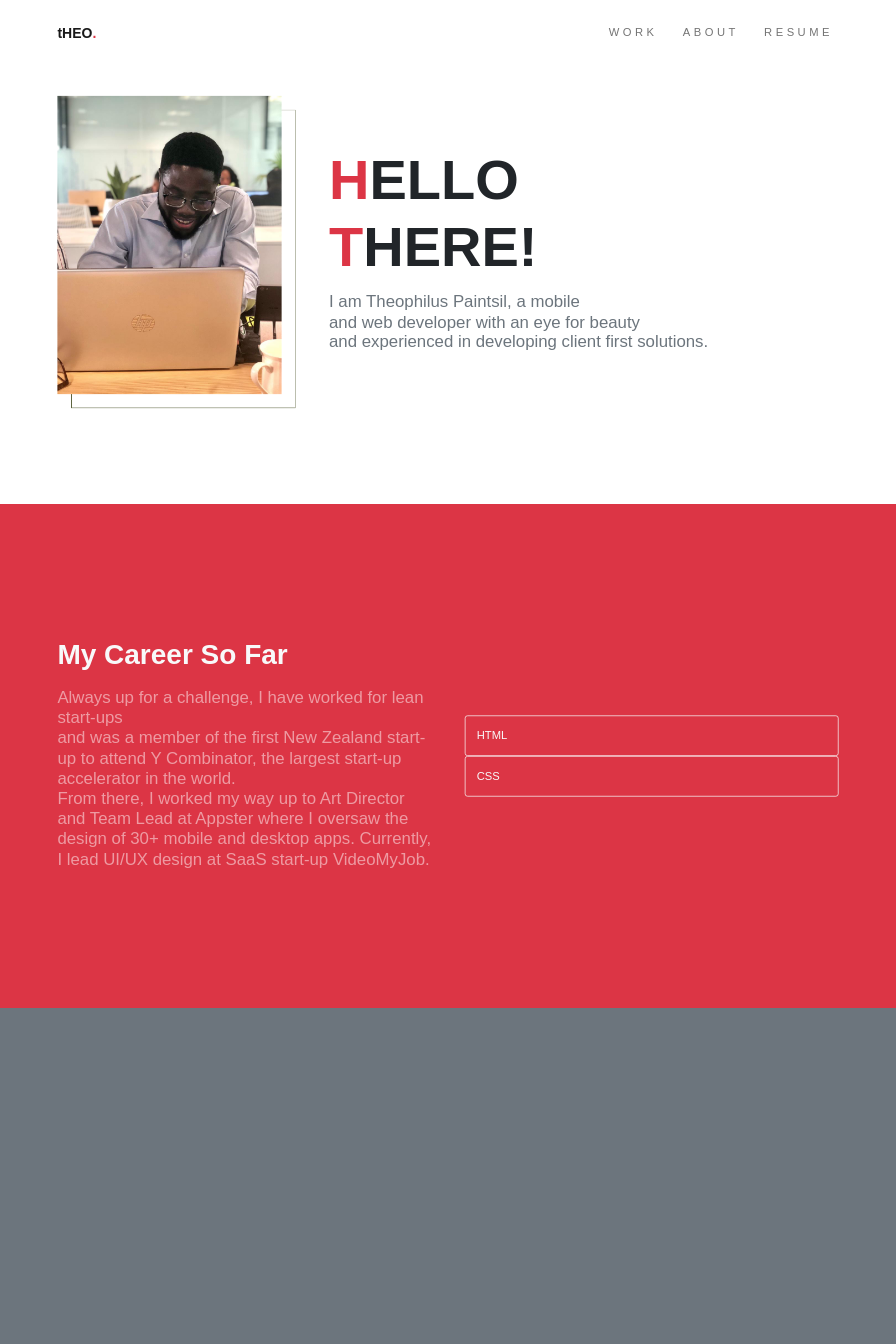
Repository: tHEO2k17/portfolio
Page: /
The author's editor kept a copy of each file at every save. The page is drawn from the files as they stood at one save, then again after the next save.
The browser window is 1280 px wide. The pictures show the part of the page from y = 0 to 1920 px (the page is 3000 px tall), at 70% of full size.
The project was rebuilt for these pictures with package versions that can differ from the ones it lists, and the page was loaded fresh each time.

Above is the page before, as saved 2021-07-22 10:58:29.

After the next save:
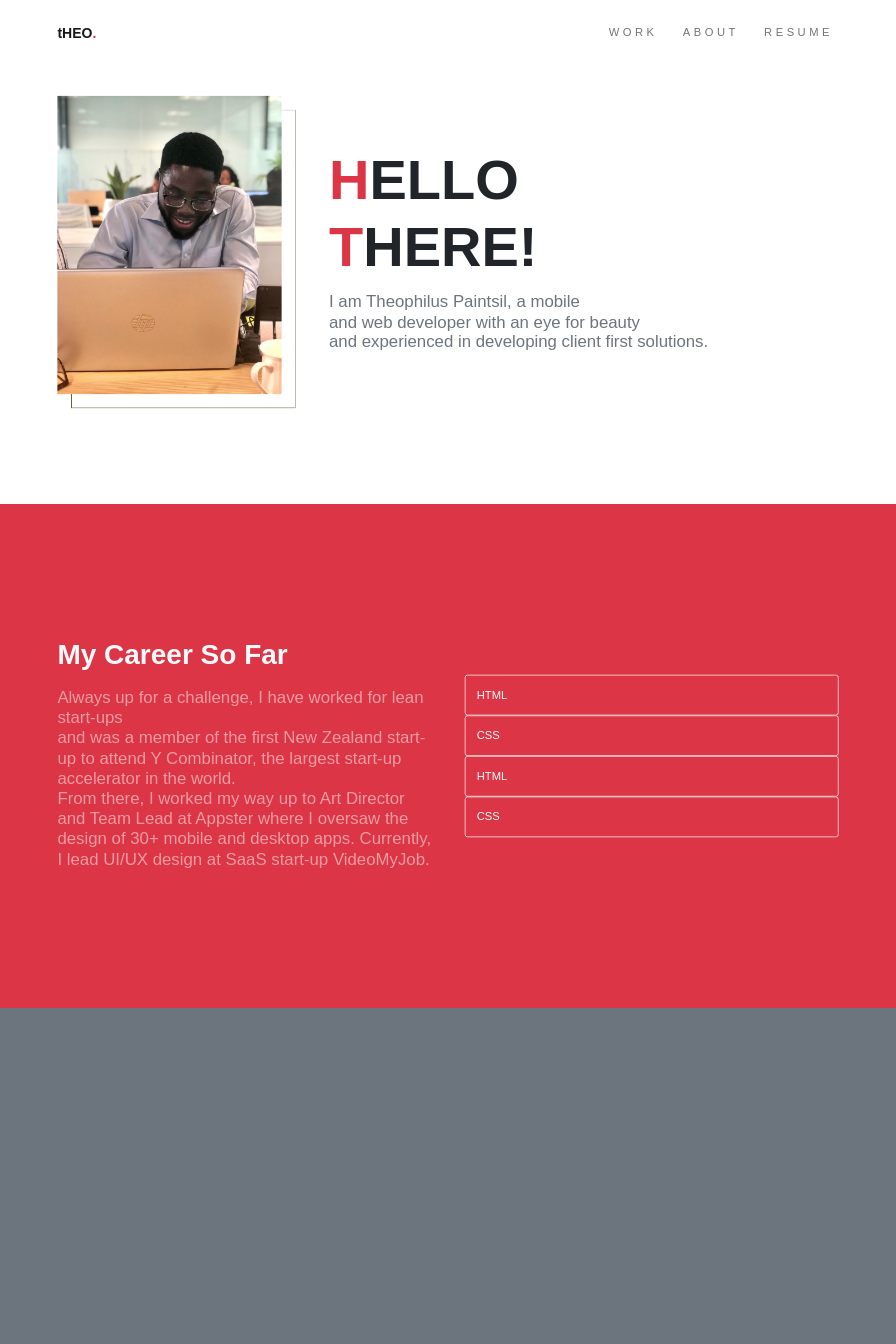
Saved 6 min 48 s later.
--- a/src/presentation/pages/HomePage.tsx
+++ b/src/presentation/pages/HomePage.tsx
@@ -61,6 +61,12 @@ export default function HomePage() {
                             <Card border="light" bg="danger">
                                 <Card.Body>CSS</Card.Body>
                             </Card>
+                            <Card border="light" bg="danger">
+                                <Card.Body>HTML</Card.Body>
+                            </Card>
+                            <Card border="light" bg="danger">
+                                <Card.Body>CSS</Card.Body>
+                            </Card>
                         </Col>
                     </Row>
                 </Container>
